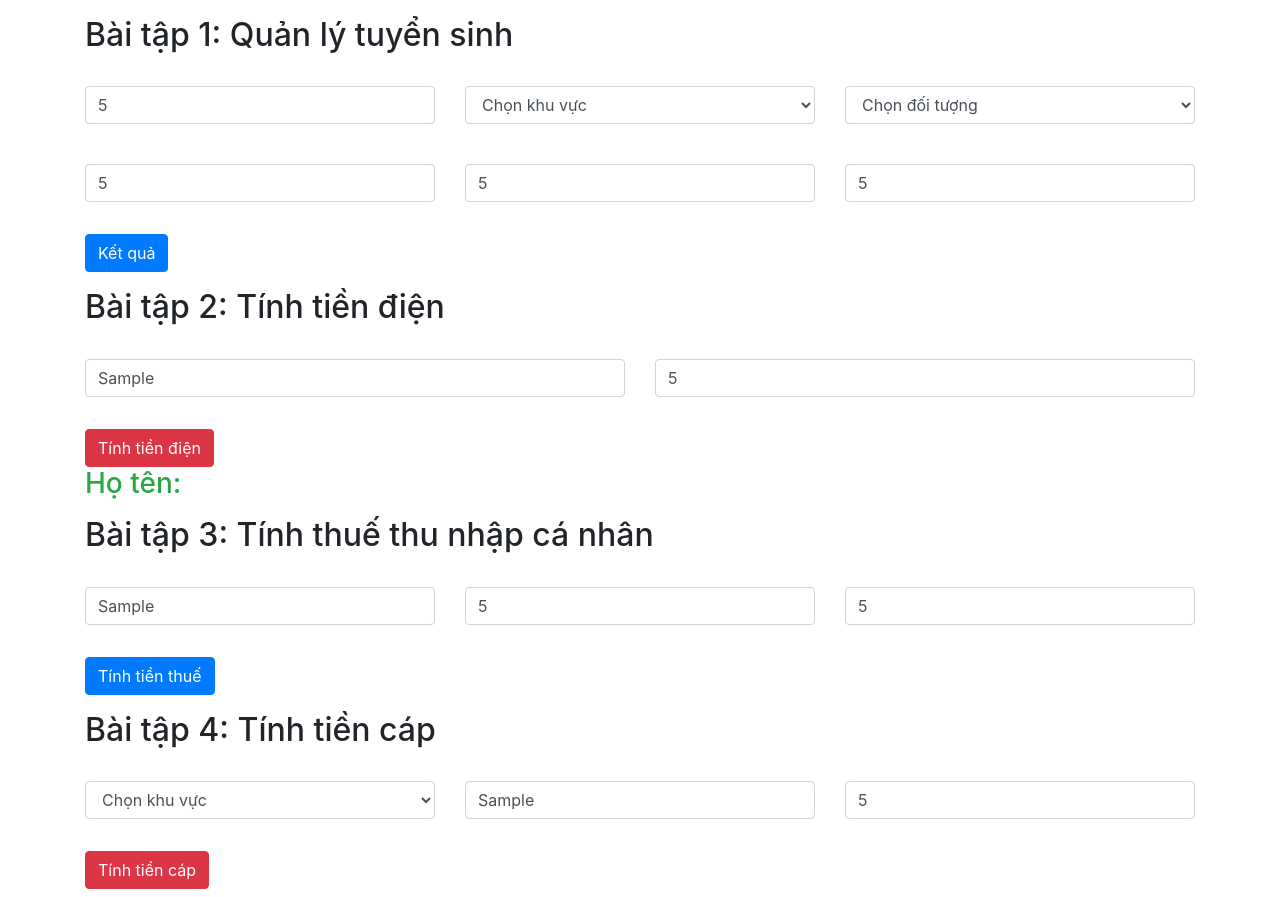
Repository: thanhfrankie/BC10-LeMinhThanh-Js-b5
Page: index.html
The author's editor kept a copy of each file at every save. The page is drawn from the files as they stood at one save, then again after a run of saves.
The browser window is 1280 px wide. The pictures show the whole page.
Empty fields were first filled with sample values (such as "Sample", 5 or name@example.com).
After loading, the first visible `button.btn-danger` was clicked once.

Above is the page before, as saved 2023-12-15 21:02:24.

### index.html
<!DOCTYPE html>
<html lang="en">
  <head>
    <title>Title</title>
    <!-- Required meta tags -->
    <meta charset="utf-8" />
    <meta
      name="viewport"
      content="width=device-width, initial-scale=1, shrink-to-fit=no"
    />

    <!-- Bootstrap CSS -->
    <link
      rel="stylesheet"
      href="https://stackpath.bootstrapcdn.com/bootstrap/4.3.1/css/bootstrap.min.css"
      integrity="sha384-ggOyR0iXCbMQv3Xipma34MD+dH/1fQ784/j6cY/iJTQUOhcWr7x9JvoRxT2MZw1T"
      crossorigin="anonymous"
    />
  </head>
  <body>
    <!-- Bài tập 1 -->
    <div class="container">
      <h2 class="mt-3">Bài tập 1: Quản lý tuyển sinh</h2>
      <div class="row">
        <div class="col-sm-4">
          <div class="form-group">
            <label for="diem-chuan"></label>
            <input
              type="number"
              class="form-control"
              name=""
              id="diem-chuan"
              aria-describedby="helpId"
              placeholder="Điểm chuẩn"
              required
            />
          </div>
        </div>
        <div class="col-sm-4">
          <div class="form-group">
            <label for="khu-vuc"></label>
            <select class="form-control" id="khu-vuc">
              <option selected>Chọn khu vực</option>
              <option>A</option>
              <option>B</option>
              <option>C</option>
            </select>
          </div>
        </div>
        <div class="col-sm-4">
          <div class="form-group">
            <label for="doi-tuong"></label>
            <select class="form-control" id="doi-tuong">
              <option selected>Chọn đối tượng</option>
              <option>1</option>
              <option>2</option>
              <option>3</option>
            </select>
          </div>
        </div>
      </div>
      <div class="row">
        <div class="col-sm-4">
          <div class="form-group">
            <label for="diem-mon-thu-1"></label>
            <input
              type="number"
              class="form-control"
              name=""
              id="diem-mon-thu-1"
              aria-describedby="helpId"
              placeholder="Điểm môn thứ 1"
              required
            />
          </div>
        </div>
        <div class="col-sm-4">
          <div class="form-group">
            <label for="diem-mon-thu-2"></label>
            <input
              type="number"
              class="form-control"
              name=""
              id="diem-mon-thu-2"
              aria-describedby="helpId"
              placeholder="Điểm môn thứ 2"
              required
            />
          </div>
        </div>
        <div class="col-sm-4">
          <div class="form-group">
            <label for="diem-mon-thu-3"></label>
            <input
              type="number"
              class="form-control"
              name=""
              id="diem-mon-thu-3"
              aria-describedby="helpId"
              placeholder="Điểm môn thứ 3"
              required
            />
          </div>
        </div>
      </div>
      <button
        type="button"
        onclick="tuyenSinh()"
        class="btn btn-primary mt-3"
        id="ket-qua-tuyen-sinh"
      >
        Kết quả
      </button>
      <h3 id="ket-qua-cuoi-cung" class="text-success"></h3>
    </div>
    <!-- Bài tập 2 -->
    <div class="container">
      <h2 class="mt-3">Bài tập 2: Tính tiền điện</h2>
      <div class="row">
        <div class="col-sm-6">
          <div class="form-group">
            <label for="ho-ten"></label>
            <input
              type="text"
              class="form-control"
              name=""
              id="ho-ten"
              aria-describedby="helpId"
              placeholder="Nhập họ và tên"
              required
            />
          </div>
        </div>
        <div class="col-sm-6">
          <div class="form-group">
            <label for="so-kw"></label>
            <input
              type="number"
              class="form-control"
              name=""
              id="so-kw"
              aria-describedby="helpId"
              placeholder="Nhập số kw"
              required
            />
          </div>
        </div>
      </div>
      <button type="button" onclick="tinhTienDien()" class="btn btn-danger mt-3">
        Tính tiền điện
      </button>

      <h3 id="thong-tin-hoa-don" class="text-success"></h3>
    </div>
    <!-- Bài tập 3-->
    <div class="container">
      <h2 class="mt-3">Bài tập 3: Tính thuế thu nhập cá nhân</h2>
      <div class="row">
        <div class="col-sm-4">
          <div class="form-group">
            <label for="so-luong-USD"></label>
            <input
              type="text"
              class="form-control"
              name=""
              id="so-luong-USD"
              aria-describedby="helpId"
              placeholder="Nhập số tiền USD"
              required
            />
          </div>
        </div>
        <div class="col-sm-4">
          <div class="form-group">
            <label for="so-luong-USD"></label>
            <input
              type="number"
              class="form-control"
              name=""
              id="so-luong-USD"
              aria-describedby="helpId"
              placeholder="Nhập số tiền USD"
              required
            />
          </div>
        </div>
        <div class="col-sm-4">
          <div class="form-group">
            <label for="so-luong-USD"></label>
            <input
              type="number"
              class="form-control"
              name=""
              id="so-luong-USD"
              aria-describedby="helpId"
              placeholder="Nhập số tiền USD"
              required
            />
          </div>
        </div>
      </div>
      <button type="button" onclick="quyDoiTien()" class="btn btn-primary mt-3">
        Tính tiền thuế
      </button>
      <h3 id="so-luong-VND" class="text-success"></h3>
    </div>
    <!-- Bài tập 4-->
    <div class="container">
      <h2 class="mt-3">Bài tập 4: Tính tiền cáp</h2>
      <div class="row">
        <div class="col-sm-4">
          <div class="form-group">
            <label for=""></label>
            <select class="form-control" id="">
              <option selected>Chọn khu vực</option>
              <option>A</option>
              <option>B</option>
              <option>C</option>
            </select>
          </div>
        </div>
        <div class="col-sm-4">
          <div class="form-group">
            <label for="so-luong-USD"></label>
            <input
              type="text"
              class="form-control"
              name=""
              id="so-luong-USD"
              aria-describedby="helpId"
              placeholder="Nhập số tiền USD"
              required
            />
          </div>
        </div>
        <div class="col-sm-4">
          <div class="form-group">
            <label for="so-luong-USD"></label>
            <input
              type="number"
              class="form-control"
              name=""
              id="so-luong-USD"
              aria-describedby="helpId"
              placeholder="Nhập số tiền USD"
              required
            />
          </div>
        </div>
      </div>
      <button type="button" onclick="quyDoiTien()" class="btn btn-danger mt-3">
        Tính tiền cáp
      </button>

      <h3 id="so-luong-VND" class="text-success"></h3>
    </div>

    <!-- Optional JavaScript -->
    <!-- jQuery first, then Popper.js, then Bootstrap JS -->
    <script
      src="https://code.jquery.com/jquery-3.3.1.slim.min.js"
      integrity="sha384-q8i/X+965DzO0rT7abK41JStQIAqVgRVzpbzo5smXKp4YfRvH+8abtTE1Pi6jizo"
      crossorigin="anonymous"
    ></script>
    <script
      src="https://cdnjs.cloudflare.com/ajax/libs/popper.js/1.14.7/umd/popper.min.js"
      integrity="sha384-UO2eT0CpHqdSJQ6hJty5KVphtPhzWj9WO1clHTMGa3JDZwrnQq4sF86dIHNDz0W1"
      crossorigin="anonymous"
    ></script>
    <script
      src="https://stackpath.bootstrapcdn.com/bootstrap/4.3.1/js/bootstrap.min.js"
      integrity="sha384-JjSmVgyd0p3pXB1rRibZUAYoIIy6OrQ6VrjIEaFf/nJGzIxFDsf4x0xIM+B07jRM"
      crossorigin="anonymous"
    ></script>
    <script src="./index.js"></script>
  </body>
</html>

### index.js
// Bài tập 1
/**
 * B1: tạo biến, lấy giá trị từ input
 * B2: Xét các trường hợp
 * + nếu có môn điểm 0 => rớt
 * + chọn điểm chuẩn: ví dụ: 25
 * + tính điểm ưu tiên
 * + tính điểm tổng kết = tổng 3 môn thi + điểm ưu tiên
 * + so sánh điểm tổng kết và điểm chuẩn để kết luận đậu hay rớt
 * + gán sự kiện cho button
 * B3: hiển thị kết quả
 */
function tuyenSinh() {
  var diemChuan = document.getElementById("diem-chuan").value * 1;
  var diemMon1 = document.getElementById("diem-mon-thu-1").value * 1;
  var diemMon2 = document.getElementById("diem-mon-thu-2").value * 1;
  var diemMon3 = document.getElementById("diem-mon-thu-3").value * 1;
  var tongDiem3Mon = diemMon1 + diemMon2 + diemMon3;
  var khuVucA = 2;
  var khuVucB = 1;
  var khuVucC = 0.5;
  var doiTuong1 = 2.5;
  var doiTuong2 = 1.5;
  var doiTuong3 = 1;
  var isKhuVucUuTien = true;
  var isDoiTuongUuTien = true;
  var diemKhuVuc = document.getElementById("khu-vuc").value;
  var diemDoiTuong = document.getElementById("doi-tuong").value*1;
  var diemUuTien;
  var diemTongKet;
  var ketQua = document.getElementById("ket-qua-cuoi-cung");

  if (diemMon1 || diemMon2 || diemMon3 == 0) {
    ketQua.innerText = `Kết quả: Rớt!!!`;
  }

  if (!isDoiTuongUuTien && !isKhuVucUuTien) {
    diemUuTien === 0;
    diemTongKet = tongDiem3Mon;
    if (diemTongKet < diemChuan) {
      ketQua.innerText = `Kết quả: ${diemTongKet} - Rớt!!!`;
    }
    ketQua.innerText = `Kết quả: ${diemTongKet} - Đậu `;
  }
  if (!isDoiTuongUuTien && isKhuVucUuTien) {
    if (diemKhuVuc == "A") {
      diemKhuVuc = khuVucA;
      diemUuTien = diemKhuVuc;
      diemTongKet = tongDiem3Mon + diemUuTien;
      if (diemTongKet < diemChuan) {
        ketQua.innerText = `Kết quả: ${diemTongKet} - Rớt!!!`;
      }
      ketQua.innerText = `Kết quả: ${diemTongKet} - Đậu `;
    }
    if (diemKhuVuc == "B") {
      diemKhuVuc = khuVucB;
      diemUuTien = diemKhuVuc;
      diemTongKet = tongDiem3Mon + diemUuTien;
      if (diemTongKet < diemChuan) {
        ketQua.innerText = `Kết quả: ${diemTongKet} - Rớt!!!`;
      }
      ketQua.innerText = `Kết quả: ${diemTongKet} - Đậu `;
    }
    if (diemKhuVuc == "C") {
      diemKhuVuc = khuVucC;
      diemUuTien = diemKhuVuc;
      diemTongKet = tongDiem3Mon + diemUuTien;
      if (diemTongKet < diemChuan) {
        ketQua.innerText = `Kết quả: ${diemTongKet} - Rớt!!!`;
      }
      ketQua.innerText = `Kết quả: ${diemTongKet} - Đậu `;
    }
  }
  if (isDoiTuongUuTien && !isKhuVucUuTien) {
    if (diemDoiTuong == "1") {
      diemDoiTuong = doiTuong1;
      diemUuTien = diemDoiTuong;
      diemTongKet = tongDiem3Mon + diemUuTien;
      if (diemTongKet < diemChuan) {
        ketQua.innerText = `Kết quả: ${diemTongKet} - Rớt!!!`;
      }
      ketQua.innerText = `Kết quả: ${diemTongKet} - Đậu `;
    }
    if (diemDoiTuong == "2") {
      diemDoiTuong = doiTuong2;
      diemUuTien = diemDoiTuong;
      diemTongKet = tongDiem3Mon + diemUuTien;
      if (diemTongKet < diemChuan) {
        ketQua.innerText = `Kết quả: ${diemTongKet} - Rớt!!!`;
      }
      ketQua.innerText = `Kết quả: ${diemTongKet} - Đậu `;
    }
    if (diemDoiTuong == "3") {
      diemDoiTuong = doiTuong3;
      diemUuTien = diemDoiTuong;
      diemTongKet = tongDiem3Mon + diemUuTien;
      if (diemTongKet < diemChuan) {
        ketQua.innerText = `Kết quả: ${diemTongKet} - Rớt!!!`;
      }
      ketQua.innerText = `Kết quả: ${diemTongKet} - Đậu `;
    }
  }
  if (isDoiTuongUuTien && isKhuVucUuTien) {
    if (diemDoiTuong == 1 && diemKhuVuc == "A") {
      diemUuTien = doiTuong1 + khuVucA;
      diemTongKet = tongDiem3Mon + diemUuTien;
      if (diemTongKet < diemChuan) {
        ketQua.innerText = `Kết quả: ${diemTongKet} - Rớt!!!`;
      }
      ketQua.innerText = `Kết quả: ${diemTongKet} - Đậu `;
    }
    if (diemDoiTuong == 1 && diemKhuVuc == "B") {
      diemUuTien = doiTuong1 + khuVucB;
      diemTongKet = tongDiem3Mon + diemUuTien;
      if (diemTongKet < diemChuan) {
        ketQua.innerText = `Kết quả: ${diemTongKet} - Rớt!!!`;
      }
      ketQua.innerText = `Kết quả: ${diemTongKet} - Đậu `;
    }
    if (diemDoiTuong == 1 && diemKhuVuc == "C") {
      diemUuTien = doiTuong1 + khuVucC;
      diemTongKet = tongDiem3Mon + diemUuTien;
      if (diemTongKet < diemChuan) {
        ketQua.innerText = `Kết quả: ${diemTongKet} - Rớt!!!`;
      }
      ketQua.innerText = `Kết quả: ${diemTongKet} - Đậu `;
    }
    if (diemDoiTuong == 2 && diemKhuVuc == "A") {
      diemUuTien = doiTuong2 + khuVucA;
      diemTongKet = tongDiem3Mon + diemUuTien;
      if (diemTongKet < diemChuan) {
        ketQua.innerText = `Kết quả: ${diemTongKet} - Rớt!!!`;
      }
      ketQua.innerText = `Kết quả: ${diemTongKet} - Đậu `;
    }
    if (diemDoiTuong == 2 && diemKhuVuc == "B") {
      diemUuTien = doiTuong2 + khuVucB;

      if (diemTongKet < diemChuan) {
        ketQua.innerText = `Kết quả: ${diemTongKet} - Rớt!!!`;
      }
      ketQua.innerText = `Kết quả: ${diemTongKet} - Đậu `;
    }
    if (diemDoiTuong == 2 && diemKhuVuc == "C") {
      diemUuTien = doiTuong2 + khuVucC;
      diemTongKet = tongDiem3Mon + diemUuTien;
      if (diemTongKet < diemChuan) {
        ketQua.innerText = `Kết quả: ${diemTongKet} - Rớt!!!`;
      }
      ketQua.innerText = `Kết quả: ${diemTongKet} - Đậu `;
    }
    if (diemDoiTuong == 3 && diemKhuVuc == "A") {
      diemUuTien = doiTuong2 + khuVucC;
      diemTongKet = tongDiem3Mon + diemUuTien;
      if (diemTongKet < diemChuan) {
        ketQua.innerText = `Kết quả: ${diemTongKet} - Rớt!!!`;
      }
      ketQua.innerText = `Kết quả: ${diemTongKet} - Đậu `;
    }
    if (diemDoiTuong == 3 && diemKhuVuc == "B") {
      diemUuTien = doiTuong2 + khuVucB;
      diemTongKet = tongDiem3Mon + diemUuTien;
      if (diemTongKet < diemChuan) {
        ketQua.innerText = `Kết quả: ${diemTongKet} - Rớt!!!`;
      }
      ketQua.innerText = `Kết quả: ${diemTongKet} - Đậu `;
    }
    if (diemDoiTuong == 3 && diemKhuVuc == "C") {
      diemUuTien = doiTuong3 + khuVucC;
      diemTongKet = tongDiem3Mon + diemUuTien;
      if (diemTongKet < diemChuan) {
        ketQua.innerText = `Kết quả: ${diemTongKet} - Rớt!!!`;
      }
      ketQua.innerText = `Kết quả: ${diemTongKet} - Đậu `;
    }
  }
}

// Bài tập 2
/**
 * B1: tạo biến, lấy giá trị từ input
 * B2: Tính tiền điện
 * + tạo biến để tính số tiền điện theo kw
 * + xét các trường hợp tiêu thụ điện và tính số tiền tương ứng
 * + gán sự kiện click cho button
 * B3: hiển thị kết quả
 */
function tinhTienDien() {
    var hoTen = document.getElementById("ho-ten").value
    var soKw = document.getElementById("so-kw").value * 1
    var ketQua = document.getElementById("thong-tin-hoa-don")
    var tienPhaiTra;
    if (soKw <= 50) {
        tienPhaiTra = soKw * 500
        ketQua.innerText = `Họ tên: `
    }
    if (50 <soKw <= 100) {
        tienPhaiTra = soKw*650

    }
    if (100< soKw <= 200) {
        tienPhaiTra = soKw*850

    }
    if (200< soKw <= 350) {
        tienPhaiTra = soKw*1100

    }
    if (soKw > 350) {
        tienPhaiTra = soKw*1300

    }
}


// Bài tập 3
/**
 * B1: tạo biến, lấy giá trị từ input
 * B2: Tính lương
 * + tạo biến để tính lương: lương 1 ngày * số ngày làm
 * + gán sự kiện click cho button
 * B3: hiển thị kết quả
 */

After the next 2 saves:
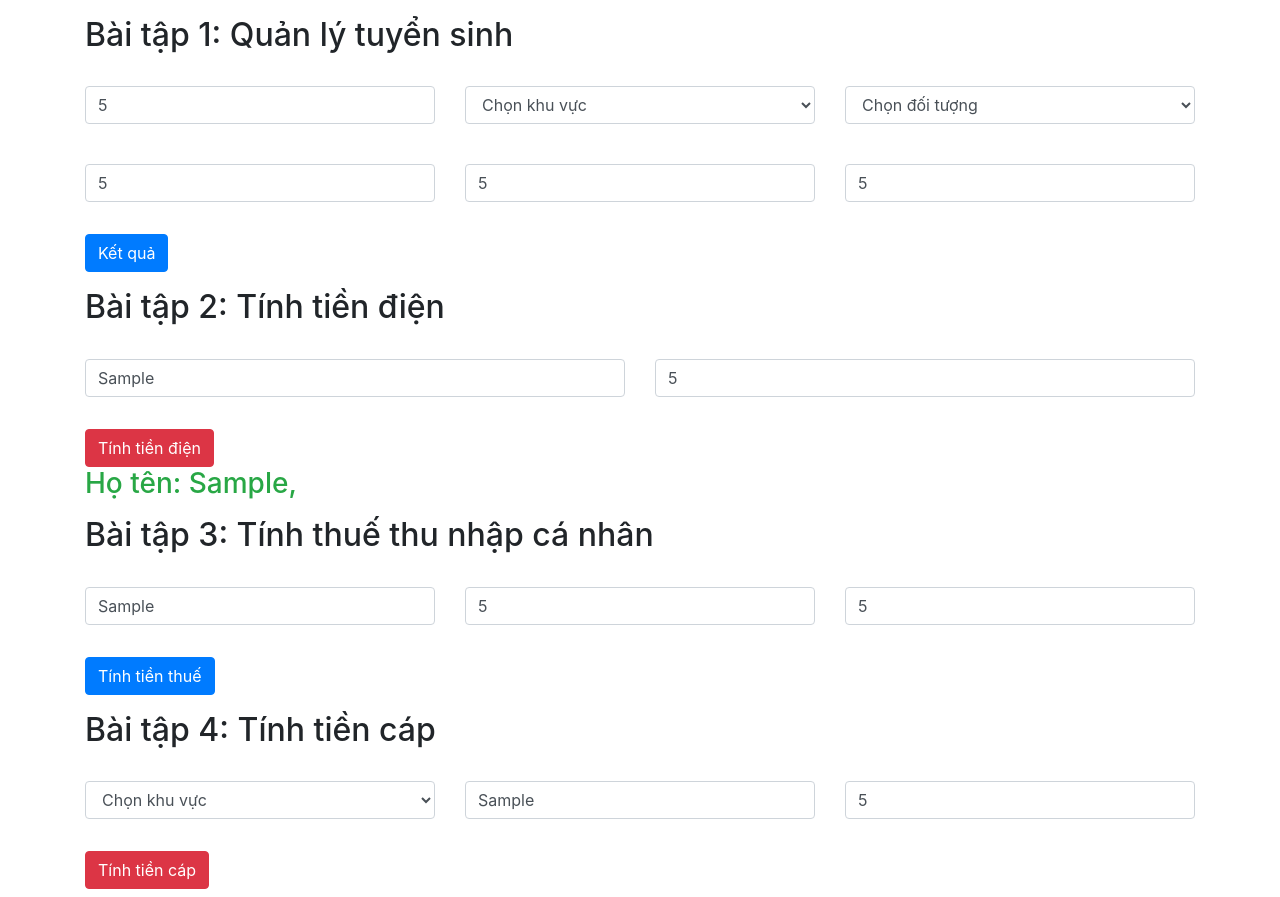
The 2 saves are shown as one change because they came seconds apart.
The last was saved 8 s later.
--- a/index.js
+++ b/index.js
@@ -192,7 +192,7 @@ function tinhTienDien() {
     var tienPhaiTra;
     if (soKw <= 50) {
         tienPhaiTra = soKw * 500
-        ketQua.innerText = `Họ tên: `
+        ketQua.innerText = `Họ tên: ${hoTen}, `
     }
     if (50 <soKw <= 100) {
         tienPhaiTra = soKw*650
